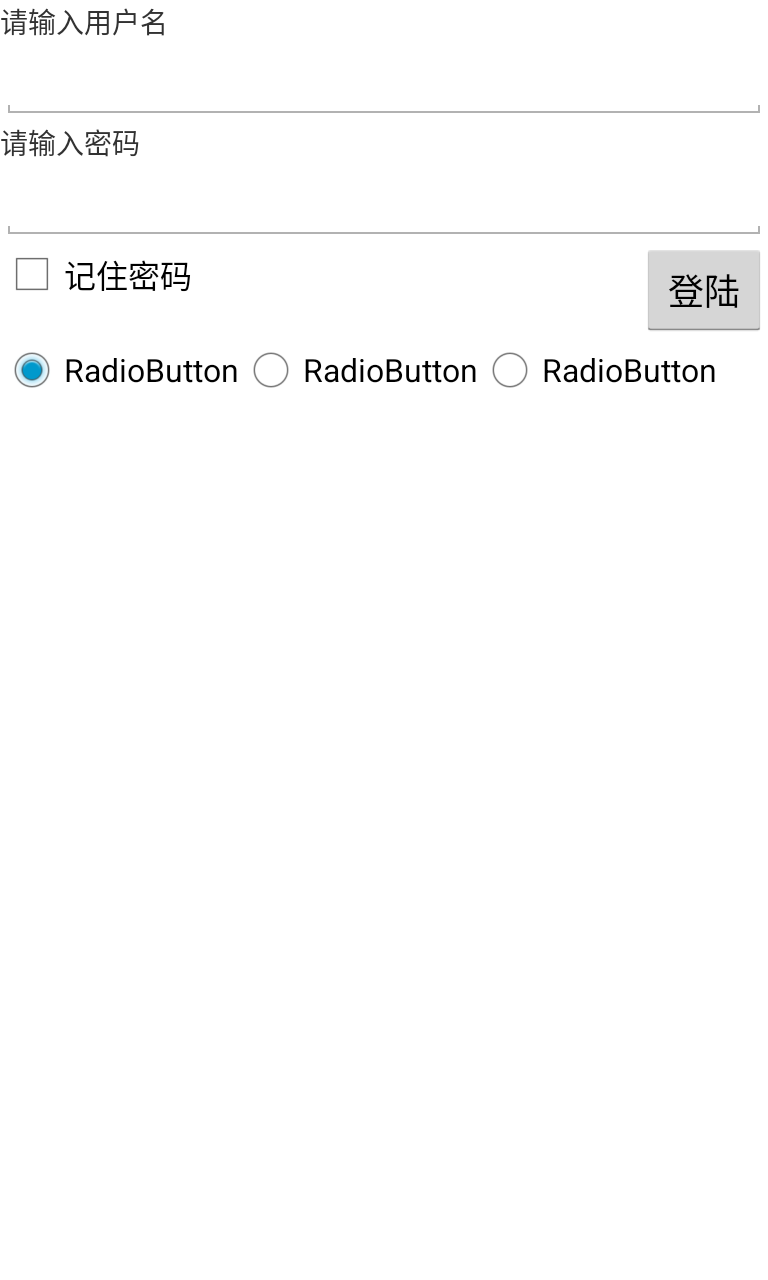
Repository: qq839924354/day01
Layout: day02/code/Login/res/layout/activity_main.xml
These files come from the project's save history. The layout is drawn as it stood at one moment and after the next save; the edit follows.
It is drawn on a 768 x 1280 px phone screen (xhdpi) without system bars, with theme AppTheme; the app's code is not run.

Above is the layout before, as saved 2013-03-01 02:40:00.

After the next save:
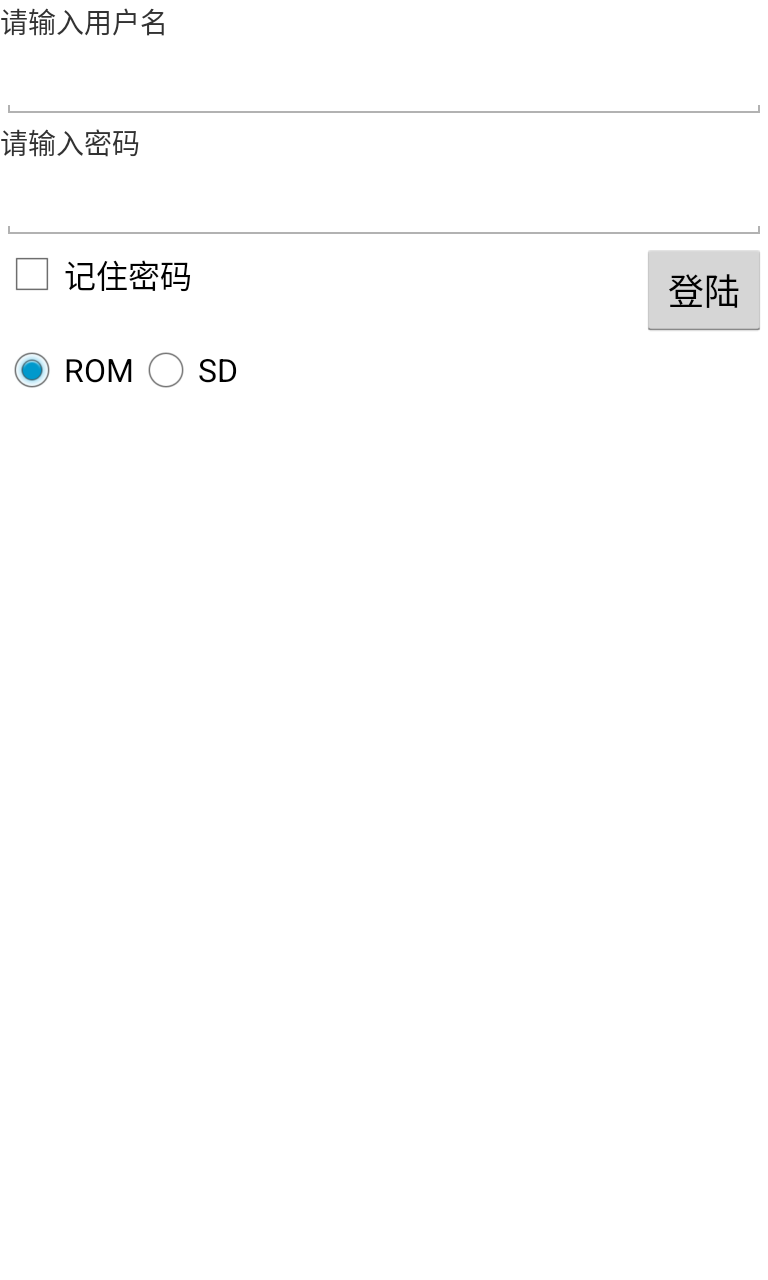
Saved 32 s later.
--- a/day02/code/Login/res/layout/activity_main.xml
+++ b/day02/code/Login/res/layout/activity_main.xml
@@ -56,19 +56,15 @@
             android:layout_width="wrap_content"
             android:layout_height="wrap_content"
             android:checked="true"
-            android:text="RadioButton" />
+            android:text="ROM" />
 
         <RadioButton
             android:id="@+id/radio1"
             android:layout_width="wrap_content"
             android:layout_height="wrap_content"
-            android:text="RadioButton" />
+            android:text="SD" />
 
-        <RadioButton
-            android:id="@+id/radio2"
-            android:layout_width="wrap_content"
-            android:layout_height="wrap_content"
-            android:text="RadioButton" />
+
     </RadioGroup>
 
 </LinearLayout>
